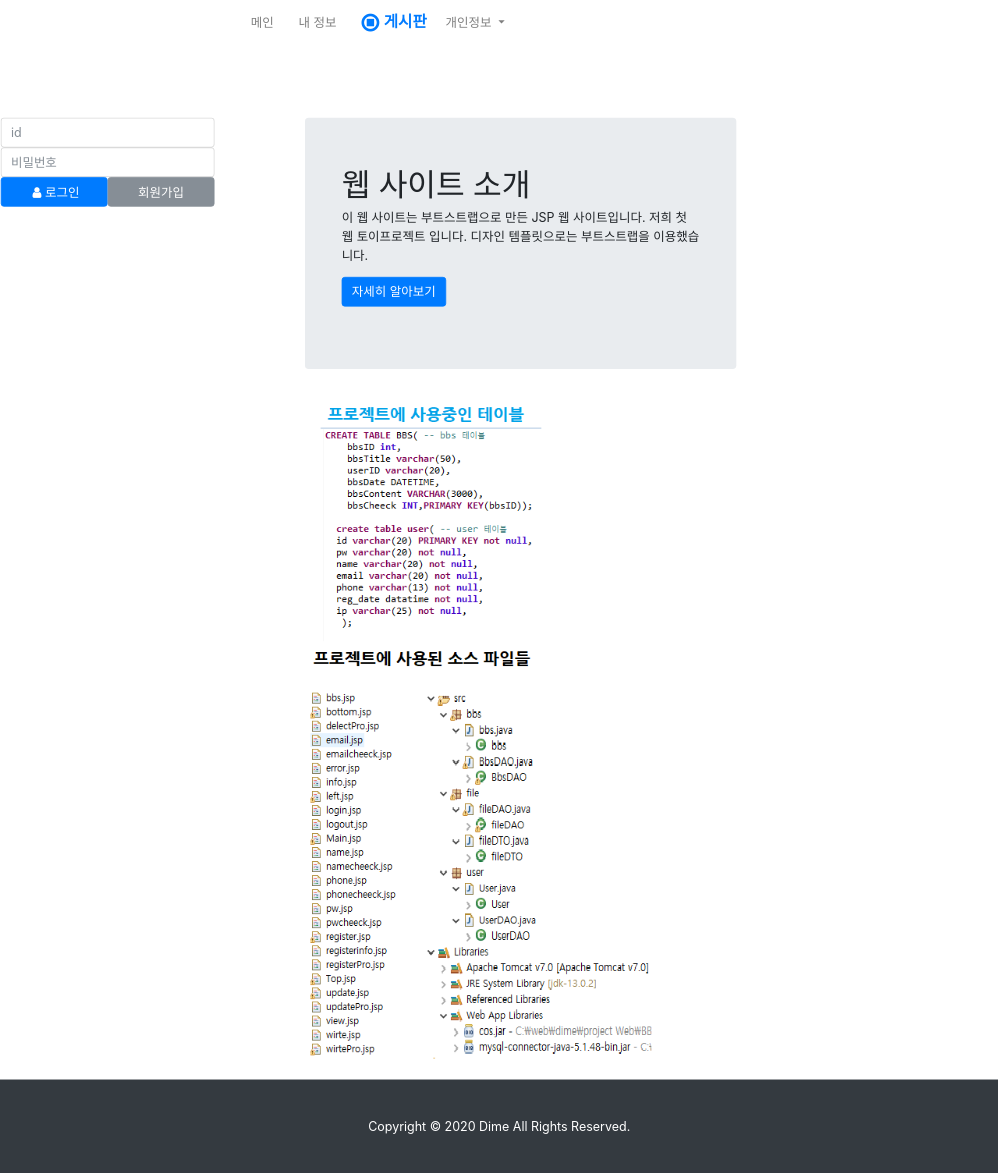
Repository: elecdime/jspboard
Page: http://localhost/BBS/projectbbs/Main.jsp
These files come from the project's save history. The page is drawn as it stood at one moment and after the next save; the edit follows.
The browser window is 1280 px wide. The pictures show the whole page, at 78% of full size.
Some web libraries are served in a nearby version. The page is served by Tomcat 9. Other server files are loaded and not shown.

Above is the page before, as saved 2020-07-08 13:27:50.

### dime/project Web/BBS/WebContent/projectbbs/Main.jsp
<%@ page language="java" contentType="text/html; charset=UTF-8"
    pageEncoding="UTF-8"%>
<!doctype html>
<head>
   <!-- Required meta tags -->
  <meta charset="utf-8">
  <meta name="viewport" content="width=device-width, initial-scale=1, shrink-to-fit=no">
<meta http-equiv="Content-Type" content="text/html; charset=UTF-8" />
  <!-- Bootstrap CSS -->
  <link rel="stylesheet" href="https://maxcdn.bootstrapcdn.com/bootstrap/4.0.0-beta/css/bootstrap.min.css" integrity="sha384-/Y6pD6FV/Vv2HJnA6t+vslU6fwYXjCFtcEpHbNJ0lyAFsXTsjBbfaDjzALeQsN6M" crossorigin="anonymous">
<link rel="stylesheet" href="coustom.css">
<title>게시판 연습</title>
  </head>
  <body>


        <div id="TOP" style="width:960px;height:150px;">
            <%@ include file="Top.jsp" %>
        </div>

        <table width="960px">
            <tr>
                <td width="160" valign="top">
                    <%@ include file="left.jsp" %>
                </td>
                <td width="800" valign="#" style="padding-left: 100px">
                    <table width="100%" height="475" cellpadding="0" cellspacing="0" id="tables">
                        <tr >
                            <td border="3px">

                                 <div class="container">
        <div class="jumbotron">
            <div class="container">
                <h1>웹 사이트 소개</h1>
                <p>이 웹 사이트는 부트스트랩으로 만든 JSP 웹 사이트입니다.  저희 첫 웹 토이프로젝트 입니다. 디자인 템플릿으로는 부트스트랩을 이용했습니다.</p>
                <p><a class="btn btn-primary btn-pull" href="#" role="button">자세히 알아보기</a></p>
            </div>
        </div>
    </div>
    <div class="container">
        <div id="myCarousel" class="carousel slide" data-ride="carousel">
            <ol class="carousel-indicators">
                <li data-target="#myCarousel" data-slide-to="0" class="active"></li>
                <li data-target="#myCarousel" data-slide-to="0"></li>
                <li data-target="#myCarousel" data-slide-to="0"></li>
            </ol>
            <div class="carousel-inner">
                <div class="item active">
                    <img src="1.PNG">
                </div>
                <div class="item">
                    <img src="b.PNG">
                </div>

            </div>
            <a class="left carousel-control" href="#myCarousel" data-slide="prev">
                <span class="glyphicon glyphicon-chevron-left"></span>
            </a>
            <a class="right carousel-control" href="#myCarousel" data-slide="next">
                <span class="glyphicon glyphicon-chevron-right"></span>
            </a>
        </div>
    </div>




                            </td>
                        </tr>

                    </table>
                </td>
            </tr>

        </table>
    <footer id = "bottom">
    <%@ include file="bottom.jsp" %>
</footer>














 <script src="https://code.jquery.com/jquery-3.2.1.slim.min.js" integrity="sha384-KJ3o2DKtIkvYIK3UENzmM7KCkRr/rE9/Qpg6aAZGJwFDMVNA/GpGFF93hXpG5KkN" crossorigin="anonymous"></script>
  <script src="https://cdnjs.cloudflare.com/ajax/libs/popper.js/1.11.0/umd/popper.min.js" integrity="sha384-b/U6ypiBEHpOf/4+1nzFpr53nxSS+GLCkfwBdFNTxtclqqenISfwAzpKaMNFNmj4" crossorigin="anonymous"></script>
  <script src="https://maxcdn.bootstrapcdn.com/bootstrap/4.0.0-beta/js/bootstrap.min.js" integrity="sha384-h0AbiXch4ZDo7tp9hKZ4TsHbi047NrKGLO3SEJAg45jXxnGIfYzk4Si90RDIqNm1" crossorigin="anonymous"></script>
  </body>
</html>

### dime/project Web/BBS/WebContent/projectbbs/Top.jsp
<%@ page language="java" contentType="text/html; charset=UTF-8"
    pageEncoding="UTF-8"%>
    <html>
    <head>

 <link rel="stylesheet" href="https://cdnjs.cloudflare.com/ajax/libs/font-awesome/4.7.0/css/font-awesome.min.css" type="text/css">
 </head>
  <nav class="navbar navbar-expand-md navbar-light">
    <div class="container justify-content-center"> <button class="navbar-toggler navbar-toggler-right border-0" type="button" data-toggle="collapse" data-target="#navbar3">
        <span class="navbar-toggler-icon"></span>
      </button>
      <div class="collapse navbar-collapse text-center justify-content-center" id="navbar3">
        <ul class="navbar-nav">
          <li class="nav-item mx-2"> <a class="nav-link" href="Main.jsp">메인</a> </li>
          <li class="nav-item mx-2"> <a class="nav-link" href="info.jsp">내 정보</a> </li>
          <li class="nav-item mx-2"> <a class="nav-link navbar-brand mr-0 text-primary" href="bbs.jsp"><i class="fa d-inline fa-lg fa-stop-circle-o"></i>
              <b> 게시판 </b></a> </li>

               <li class="nav-item dropdown">
          <a class="nav-link dropdown-toggle" href="#" id="navbarDropdownMenuLink" data-toggle="dropdown" aria-haspopup="true" aria-expanded="false">
  개인정보
        </a>
        <div class="dropdown-menu" aria-labelledby="navbarDropdownMenuLink">
          <a class="dropdown-item" href="left.jsp">로그인</a>
          <a class="dropdown-item" href="register.jsp">회원가입</a>

        </div>
        </li>
      </div>
    </div>
  </nav>
  <div class="py-5">
    <div class="container">
      <div class="row">
        <div class="col-md-12"></div>
      </div>
    </div>
  </div>

</html>

### dime/project Web/BBS/WebContent/projectbbs/left.jsp
<%@ page language="java" contentType="text/html; charset=UTF-8"
    pageEncoding="UTF-8"%>
<%@ page import = "java.sql.*" %>

    <html>
    <head>
 <meta http-equiv="Content-Type" content="text/html; charset=UTF-8" />
 <link rel="stylesheet" href="https://cdnjs.cloudflare.com/ajax/libs/font-awesome/4.7.0/css/font-awesome.min.css" type="text/css">
 </head>



 <%  if(session.getAttribute("id")==null){ //세션이 설정되지 않을 경우 참조  %>



<form class="form-inline" action="login.jsp" method="get">
            <div class="form-group">
              <input type="text" class="form-control" name ="id" id="id" placeholder="id"> </div>
            <div class="form-group form-row">
              <div class="col-sm-10"><input type="password" class="form-control " name = "pw" id="pw" placeholder="비밀번호"></div>
            </div>
            <button class="btn btn-primary align-items-center col-sm-6" ><i class="fa fa-user fa-fw"></i>로그인</button>
            <a class="btn btn-secondary col-sm-6" href="register.jsp" style=""></i> 회원가입 </a>
          </form><% }else{ %>
<form method="post" action="logout.jsp">
	<%=session.getAttribute("id") %>님 환영합니다~

	<input type="submit" value="로그아웃" />
</form>
<button onClick="location.href='info.jsp'"> 개인정보 변경</button>
<% if(session.getAttribute("id").equals("admin")){
	%>

	<button onClick="location.href='#'"> 관리자 페이지</button>

<%} %>

<% } %>

### dime/project Web/BBS/WebContent/projectbbs/bottom.jsp


<%@ page language="java" contentType="text/html; charset=UTF-8"
    pageEncoding="UTF-8"
    import="java.sql.*"%>
<%
    request.setCharacterEncoding("utf-8");
%>
<!DOCTYPE html PUBLIC "-//W3C//DTD HTML 4.01 Transitional//EN" "http://www.w3.org/TR/html4/loose.dtd">
<html>
<head>
<meta http-equiv="Content-Type" content="text/html; charset=utf-8">

<body>
<footer class="bg-dark mt-4 p-5 text-center" style="color:#FFFFFF;">


Copyright &copy; 2020 Dime All Rights Reserved.<br>

</footer>
</body>
</html>

### dime/project Web/BBS/WebContent/error/404code.jsp
<%@ page language="java" contentType="text/html; charset=UTF-8"
    pageEncoding="UTF-8"%>
    <%response.setStatus(HttpServletResponse.SC_OK); %>
<!DOCTYPE html>
<html>
<head>
<meta charset="UTF-8">
<title>404 오류발생</title>
</head>
<body>
요청하신페이지가없습니다.
</body>
</html>

After the next save:
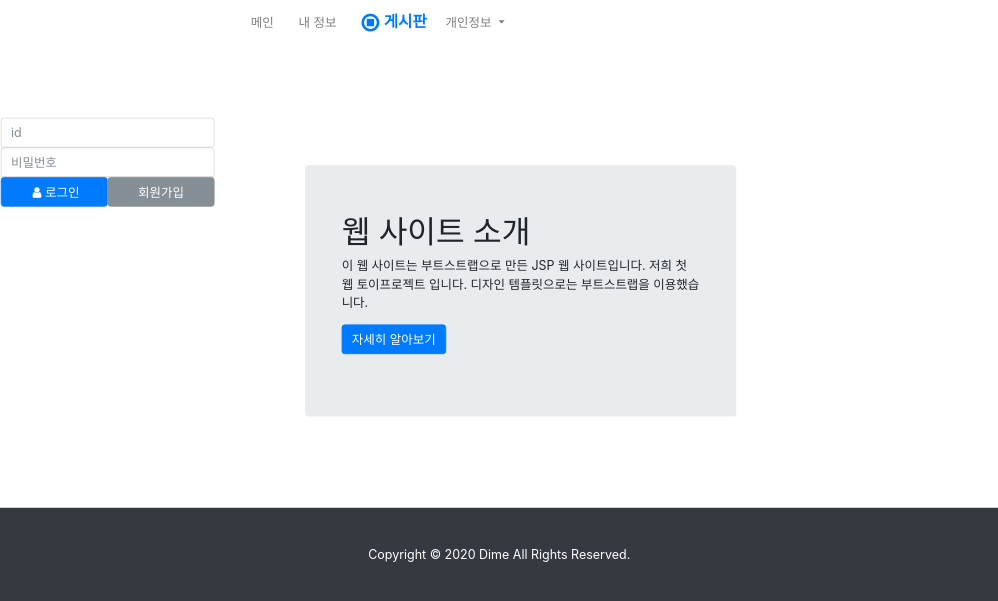
Saved 27 s later.
--- a/dime/project Web/BBS/WebContent/projectbbs/Main.jsp
+++ b/dime/project Web/BBS/WebContent/projectbbs/Main.jsp
@@ -33,34 +33,11 @@
             <div class="container">
                 <h1>웹 사이트 소개</h1>
                 <p>이 웹 사이트는 부트스트랩으로 만든 JSP 웹 사이트입니다.  저희 첫 웹 토이프로젝트 입니다. 디자인 템플릿으로는 부트스트랩을 이용했습니다.</p>
-                <p><a class="btn btn-primary btn-pull" href="#" role="button">자세히 알아보기</a></p>
+                <p><a class="btn btn-primary btn-pull" href="profile.jsp" role="button">자세히 알아보기</a></p>
             </div>
         </div>
     </div>
-    <div class="container">
-        <div id="myCarousel" class="carousel slide" data-ride="carousel">
-            <ol class="carousel-indicators">
-                <li data-target="#myCarousel" data-slide-to="0" class="active"></li>
-                <li data-target="#myCarousel" data-slide-to="0"></li>
-                <li data-target="#myCarousel" data-slide-to="0"></li>
-            </ol>
-            <div class="carousel-inner">
-                <div class="item active">
-                    <img src="1.PNG">
-                </div>
-                <div class="item">
-                    <img src="b.PNG">
-                </div>
 
-            </div>
-            <a class="left carousel-control" href="#myCarousel" data-slide="prev">
-                <span class="glyphicon glyphicon-chevron-left"></span>
-            </a>
-            <a class="right carousel-control" href="#myCarousel" data-slide="next">
-                <span class="glyphicon glyphicon-chevron-right"></span>
-            </a>
-        </div>
-    </div>
 
 
 
